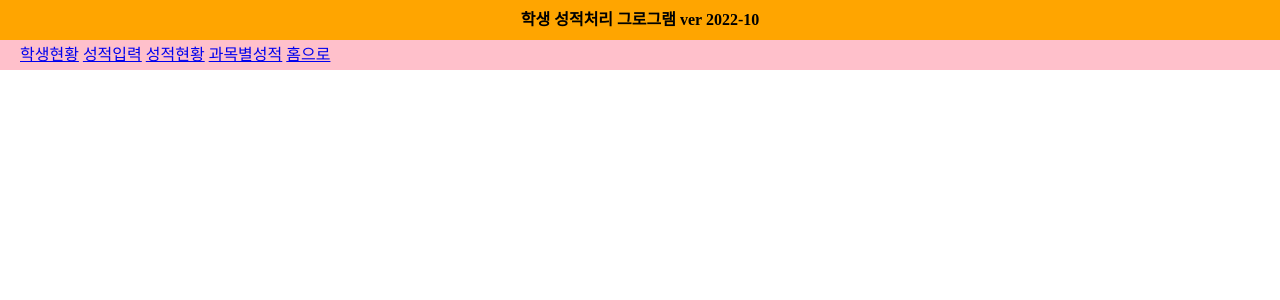
Repository: GotChun/license_practice
Page: http://localhost/HRD_0525/
An editor plug-in stored every save of this project. The page is shown before and after the next save, followed by the edit.
The browser window is 1280 px wide. The pictures show the whole page.
The page is served by Tomcat 9.

Above is the page before, as saved 2025-02-22 07:26:01.

After the next save:
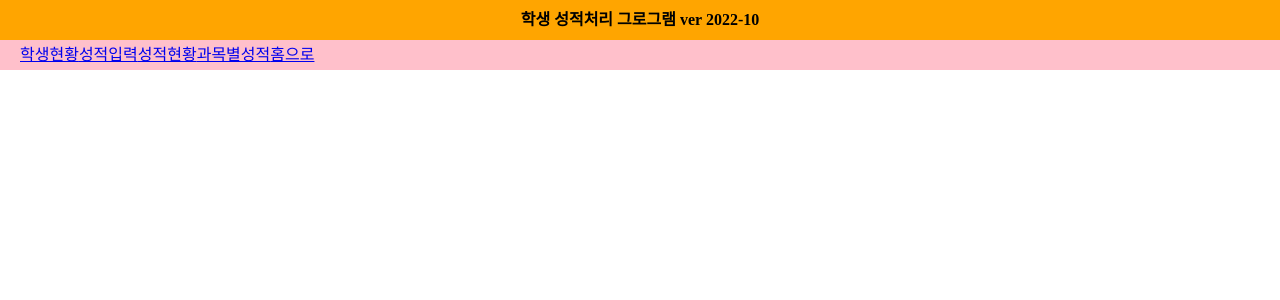
Saved 22 s later.
--- a/HRD_0525/src/main/webapp/index.jsp
+++ b/HRD_0525/src/main/webapp/index.jsp
@@ -13,7 +13,7 @@
 		<b>학생 성적처리 그로그램 ver 2022-10</b>
 	</header>
 
-	<nav style="position:fixed; top:40px; left:0px; width:100%; height:30px; line-height:30px; background-color: pink; padding-left:20px;">
+	<nav style="position:fixed; top:40px; left:0px; width:100%; height:30px; line-height:30px; background-color: pink; padding-left:20px; display:flex;">
 		<a href="slist.jsp">학생현황</a>
 		<a href="insert.jsp">성적입력</a>
 		<a href="jumlist.jsp">성적현황</a>
